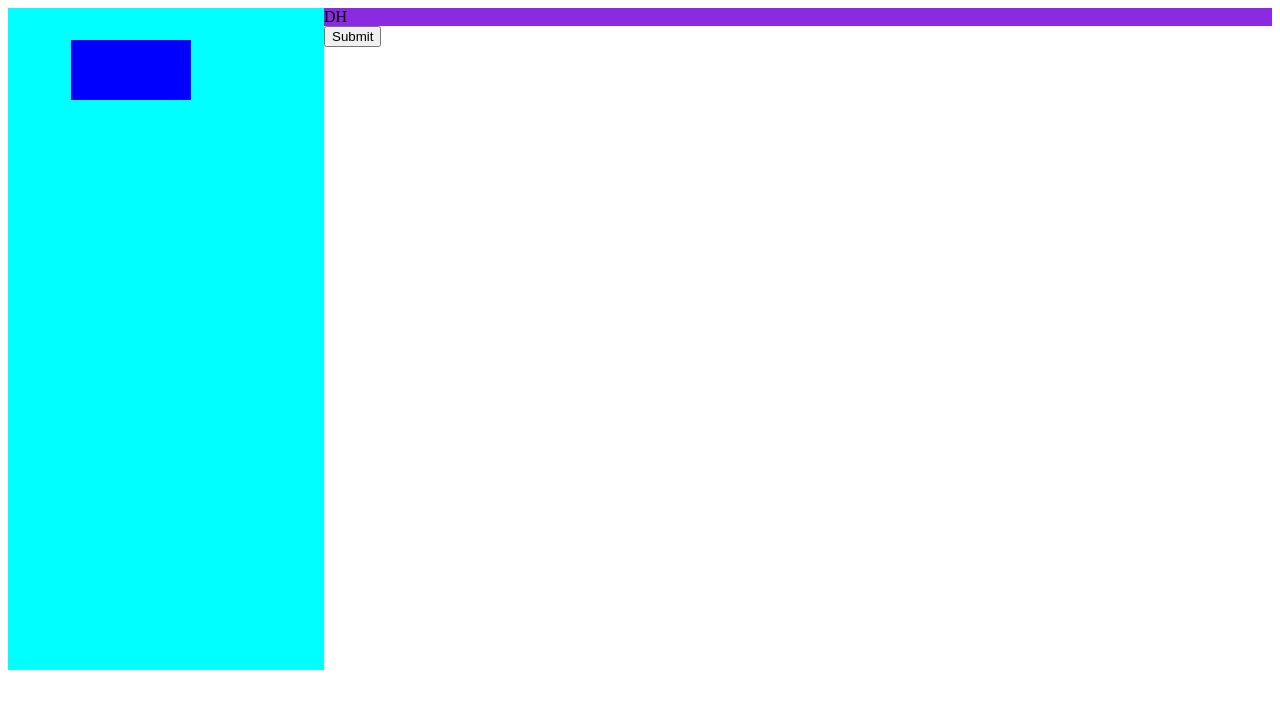
Repository: tr2cky/barrage
Page: index.html
The author's editor kept a copy of each file at every save. The page is drawn from the files as they stood at one save, then again after a run of saves.
The browser window is 1280 px wide. The pictures show the whole page.

Above is the page before, as saved 2022-10-03 13:42:06.

After the next 12 saves:
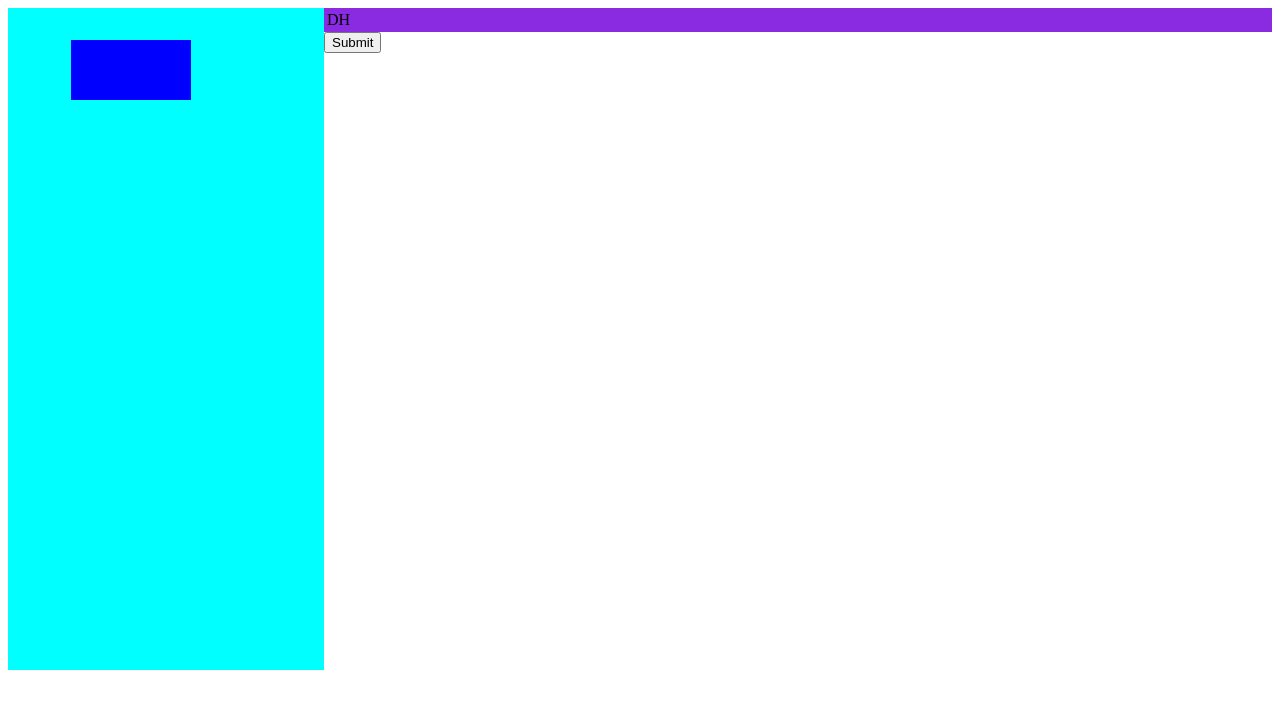
The 12 saves are shown as one change because they came seconds apart.
The last was saved 19 s later.
--- a/style.css
+++ b/style.css
@@ -22,3 +22,6 @@ main {
 .header {
     background-color: blueviolet;
 }
+.boxheader {
+    padding: 3px;
+}
